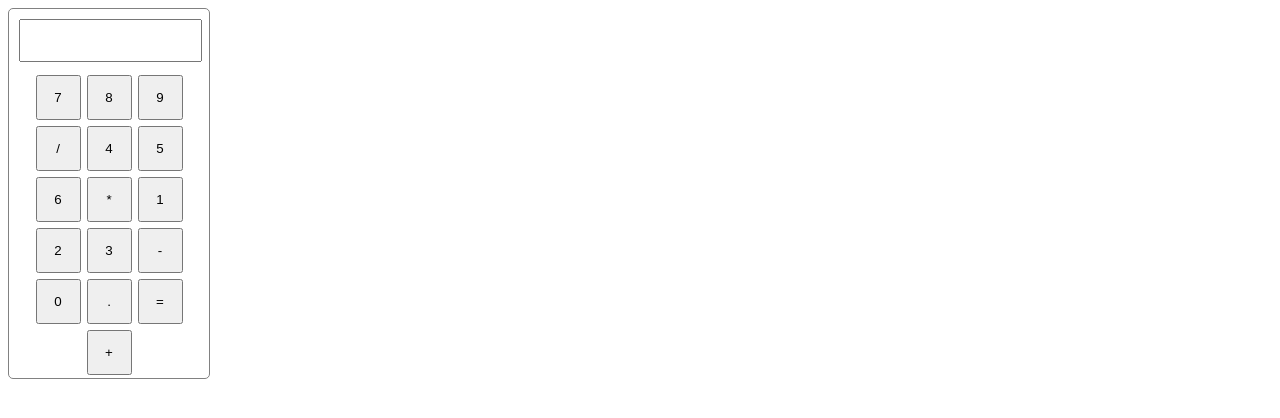
Repository: Mohitkumar1322/ReactTut
Page: / (app in calculator/Calculator/)
An editor plug-in stored every save of this project. The page is shown before and after the next save, followed by the edit.
The browser window is 1280 px wide. The pictures show the whole page.
The project was rebuilt for these pictures with package versions that can differ from the ones it lists, and the page was loaded fresh each time. Also part of the build but not shown: calculator/Calculator/vite.config.js.

Above is the page before, as saved 2025-08-24 10:45:51.

After the next save:
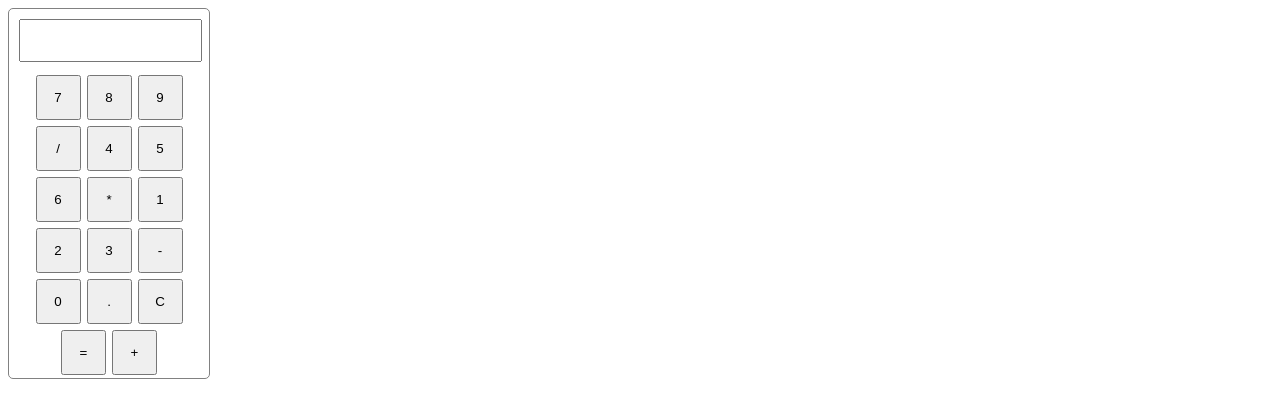
Saved 103 s later.
--- a/calculator/Calculator/src/components/ButtonsContainer.jsx
+++ b/calculator/Calculator/src/components/ButtonsContainer.jsx
@@ -1,21 +1,24 @@
+import styles from './Buttons.module.css';
 
-import styles from './Buttons.module.css';
-const ButtonsContainer =()=>{
-    const buttonClicker = (event) =>{
-        console.log(event.target.innerText);
-    }
-    const buttonsNames=["7","8","9","/","4","5","6","*","1","2","3","-","0",".","=","+"]
-    return (
-        <div className={styles.button_container}>
-          {buttonsNames.map((name, index) => (
-            <button key={index} className={styles.button} onClick={buttonClicker}>
-              {name}
+const ButtonsContainer = ({ onButtonClick }) => {
+  const buttonsNames = [
+    "7","8","9","/","4","5","6","*",
+    "1","2","3","-","0",".","C","=","+"
+  ];
 
-            </button>
-          ))}
-        </div>
-    )
-
-}
+  return (
+    <div className={styles.button_container}>
+      {buttonsNames.map((name, index) => (
+        <button
+          key={index}
+          className={styles.button}
+          onClick={() => onButtonClick(name)} // ✅ pass value to App
+        >
+          {name}
+        </button>
+      ))}
+    </div>
+  );
+};
 
 export default ButtonsContainer;
